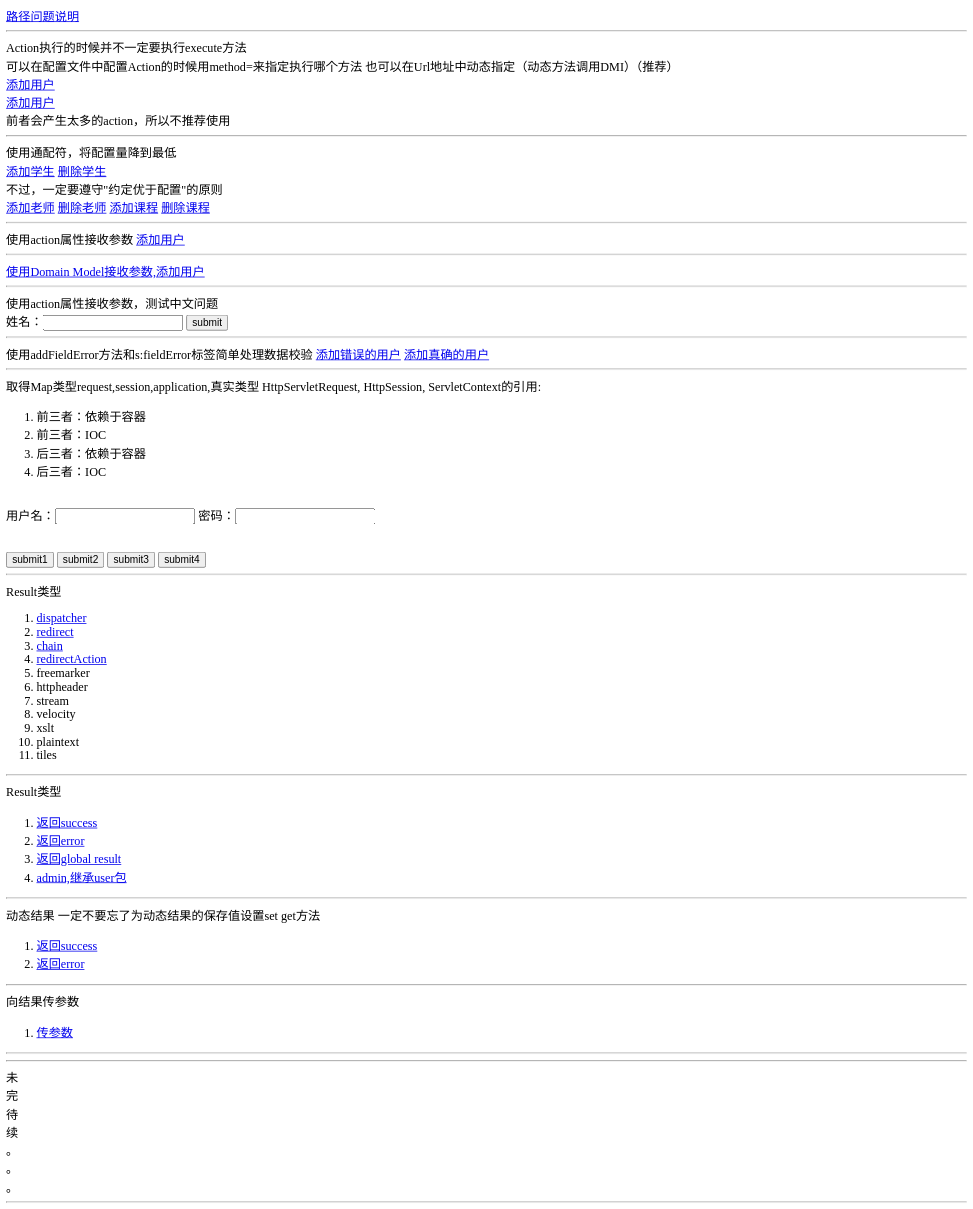
Repository: chellong/StrutsBasic
Page: http://localhost/Struts2.3Sx_1/
An editor plug-in stored every save of this project. The page is shown before and after the next save, followed by the edit.
The browser window is 1280 px wide. The pictures show the whole page, at 76% of full size.
The page is served by Tomcat 9. Nobody is signed in. The application's start-up code is not run.

Above is the page before, as saved 2016-01-23 16:40:53.

After the next save:
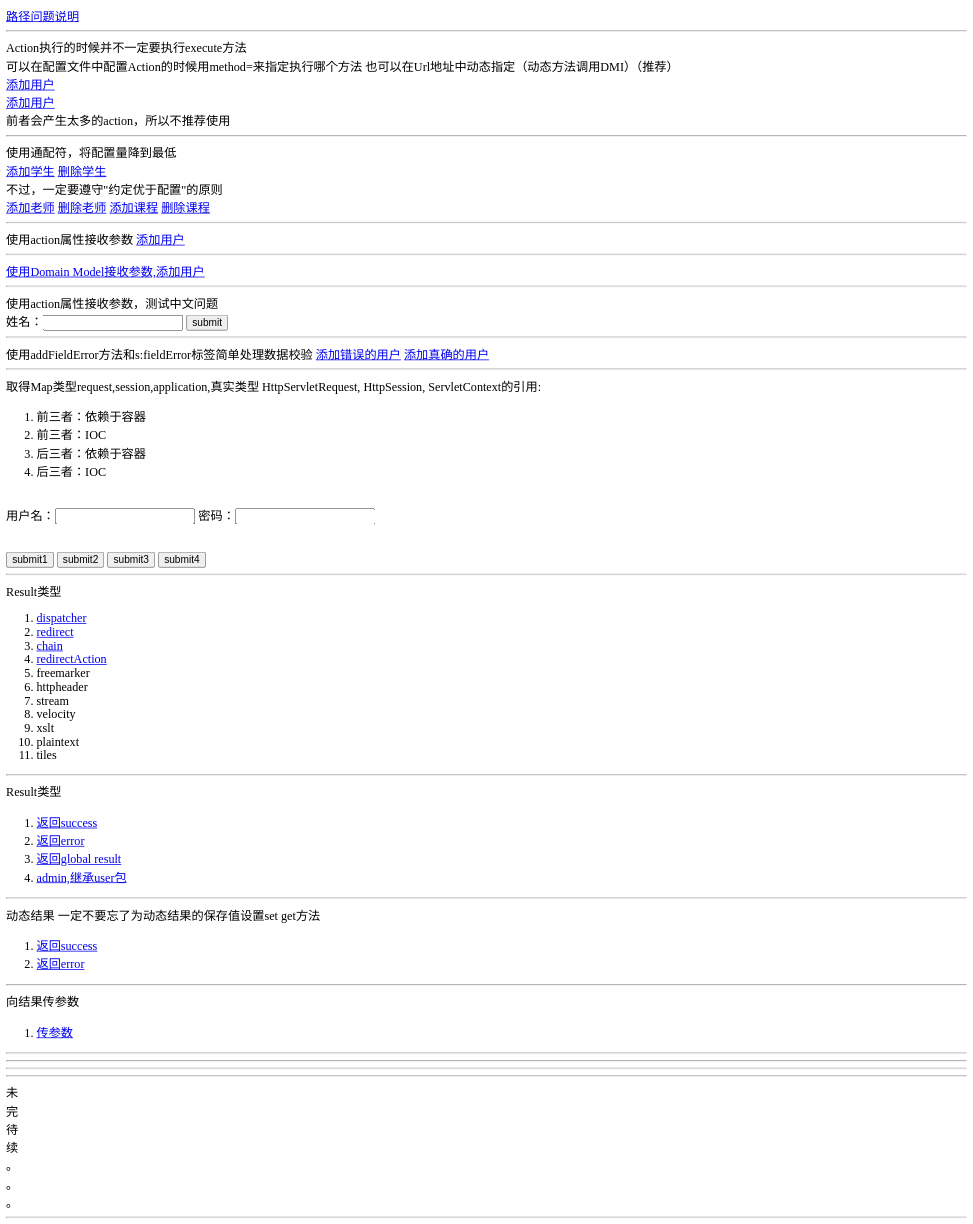
Saved 4 s later.
--- a/Struts2.3Sx_1/WebContent/index.jsp
+++ b/Struts2.3Sx_1/WebContent/index.jsp
@@ -132,6 +132,8 @@
 
 	<hr style="border: 1 dashed #987cb9" />
 	<hr style="border: 1 dashed #987cb9" />
+	<hr style="border: 1 dashed #987cb9" />
+	<hr style="border: 1 dashed #987cb9" />
 	未<br/>
 	完<br/>
 	待<br/>
